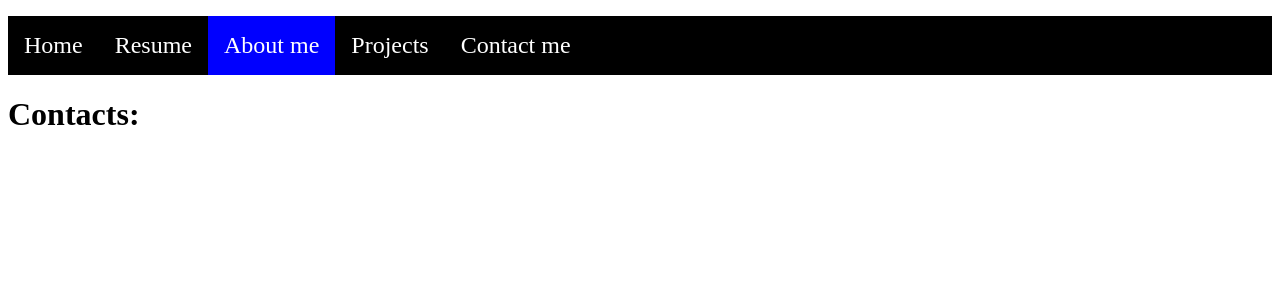
Repository: Dankusmemius/Dankusmemius.github.io
Page: contactme.html
The author's editor kept a record of every edit. The page is drawn from the files as they stood at one moment, then again after the next edit.
The browser window is 1280 px wide. The pictures show the whole page.

Above is the page before.

After the next edit:
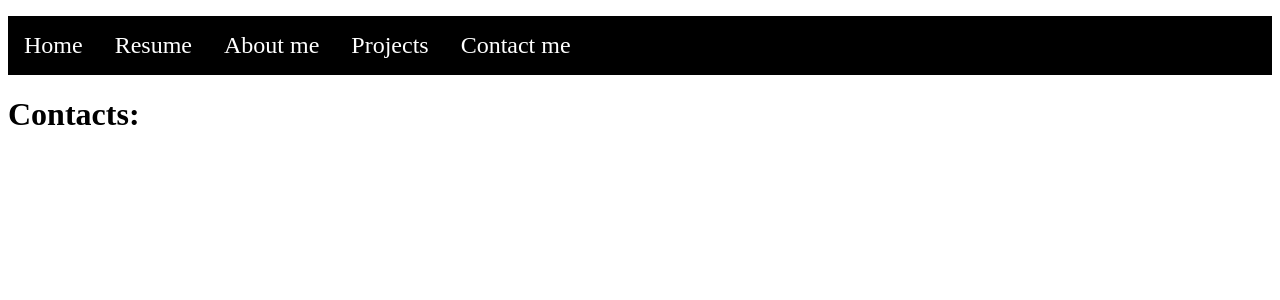
The edit:
--- a/contactme.html
+++ b/contactme.html
@@ -9,7 +9,7 @@
     <ul class="navbar">
       <li><a href="/index.html">Home</a></li>
       <li><a href="resume.html">Resume</a></li>
-      <li class="active"><a href="aboutme.html">About me</a></li>
+      <li><a href="aboutme.html">About me</a></li>
       <li class = "dropdown">
         <div>Projects</div>
         <ul class="dropdown-content">
